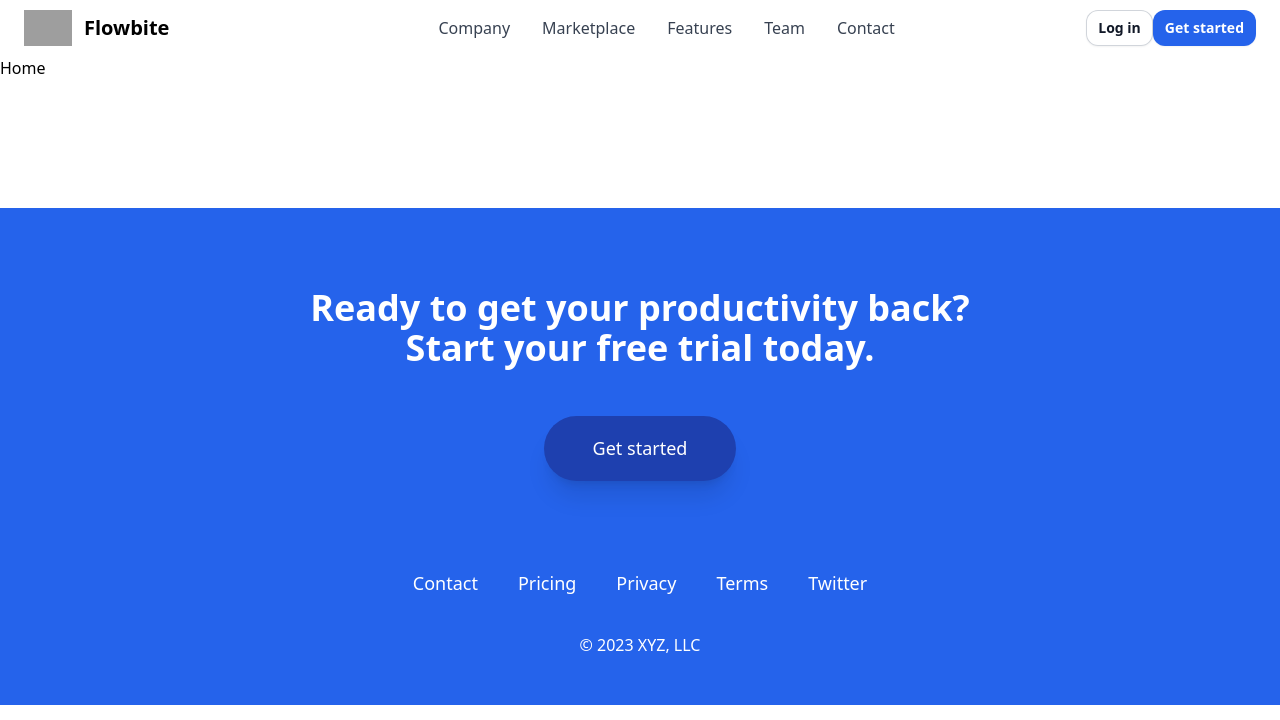
Repository: HzTung/quiz_laravel_vue
Page: / (app in Frontend/)
An editor plug-in stored every save of this project. The page is shown before and after the next save, followed by the edit.
The browser window is 1280 px wide. The pictures show the whole page.
Pictures or frames that could not be fetched are drawn as grey boxes. The project was rebuilt for these pictures with package versions that can differ from the ones it lists, and the page was loaded fresh each time. Also part of the build but not shown: Frontend/vite.config.js, Frontend/src/views/Login.vue, Frontend/src/views/SignUp.vue.

Above is the page before, as saved 2024-08-09 13:22:06.

### Frontend/src/main.js
import { createApp } from "vue";
import "tailwindcss/tailwind.css";
import "./style.css";
import router from "./router";
import App from "./App.vue";

createApp(App).use(router).mount("#app");

### Frontend/src/router/index.js
import { createRouter, createWebHistory } from "vue-router";
import Login from "../views/Login.vue";
import SignUp from "../views/SignUp.vue";
import client from "../layout/client.vue";
import Home from "../views/Home.vue";

const routes = [
    {
        path: "/",
        name: "home",
        component: client,
        children: [
            {
                path: "/",
                name: "index",
                component: Home,
            },
            {
                path: "login",
                name: "login",
                component: Login,
            },
            {
                path: "signup",
                name: "signup",
                component: SignUp,
            },
        ],
    },
];
const router = createRouter({
    history: createWebHistory(),
    routes,
});

export default router;

### Frontend/src/App.vue
<script setup></script>

<template><router-view></router-view></template>

<style scoped></style>

### Frontend/src/layout/client.vue
<template>
    <HeaderView></HeaderView>
    <router-view></router-view>
    <FooterView></FooterView>
</template>

<script setup>
import HeaderView from "../components/HeaderView.vue";
import FooterView from "../components/FooterView.vue";
</script>

### Frontend/src/components/HeaderView.vue
<template>
    <header>
        <nav
            class="bg-white border-gray-200 px-4 lg:px-6 py-2.5 dark:bg-gray-800"
        >
            <div
                class="flex flex-wrap justify-between items-center mx-auto max-w-screen-xl"
            >
                <a href="https://flowbite.com" class="flex items-center">
                    <img
                        src="https://flowbite.com/docs/images/logo.svg"
                        class="mr-3 h-6 sm:h-9"
                        alt="Flowbite Logo"
                    />
                    <span
                        class="self-center text-xl font-semibold whitespace-nowrap dark:text-white"
                        >Flowbite</span
                    >
                </a>
                <div class="flex items-center lg:order-2">
                    <a
                        href="#"
                        class="hidden items-center justify-center rounded-xl bg-white px-3 py-2 text-sm font-semibold text-gray-900 shadow-sm ring-1 ring-inset ring-gray-300 transition-all duration-150 hover:bg-gray-50 sm:inline-flex"
                        >Log in</a
                    >
                    <a
                        href="#"
                        class="inline-flex items-center justify-center rounded-xl bg-blue-600 px-3 py-2 text-sm font-semibold text-white shadow-sm transition-all duration-150 hover:bg-blue-500 focus-visible:outline focus-visible:outline-2 focus-visible:outline-offset-2 focus-visible:outline-blue-600"
                        >Get started</a
                    >
                    <button
                        data-collapse-toggle="mobile-menu-2"
                        type="button"
                        class="inline-flex items-center p-2 ml-1 text-sm text-gray-500 rounded-lg lg:hidden hover:bg-gray-100 focus:outline-none focus:ring-2 focus:ring-gray-200 dark:text-gray-400 dark:hover:bg-gray-700 dark:focus:ring-gray-600"
                        aria-controls="mobile-menu-2"
                        aria-expanded="false"
                    >
                        <span class="sr-only">Open main menu</span>
                        <svg
                            class="w-6 h-6"
                            fill="currentColor"
                            viewBox="0 0 20 20"
                            xmlns="http://www.w3.org/2000/svg"
                        >
                            <path
                                fill-rule="evenodd"
                                d="M3 5a1 1 0 011-1h12a1 1 0 110 2H4a1 1 0 01-1-1zM3 10a1 1 0 011-1h12a1 1 0 110 2H4a1 1 0 01-1-1zM3 15a1 1 0 011-1h12a1 1 0 110 2H4a1 1 0 01-1-1z"
                                clip-rule="evenodd"
                            ></path>
                        </svg>
                        <svg
                            class="hidden w-6 h-6"
                            fill="currentColor"
                            viewBox="0 0 20 20"
                            xmlns="http://www.w3.org/2000/svg"
                        >
                            <path
                                fill-rule="evenodd"
                                d="M4.293 4.293a1 1 0 011.414 0L10 8.586l4.293-4.293a1 1 0 111.414 1.414L11.414 10l4.293 4.293a1 1 0 01-1.414 1.414L10 11.414l-4.293 4.293a1 1 0 01-1.414-1.414L8.586 10 4.293 5.707a1 1 0 010-1.414z"
                                clip-rule="evenodd"
                            ></path>
                        </svg>
                    </button>
                </div>
                <div
                    class="hidden justify-between items-center w-full lg:flex lg:w-auto lg:order-1"
                    id="mobile-menu-2"
                >
                    <ul
                        class="flex flex-col mt-4 font-medium lg:flex-row lg:space-x-8 lg:mt-0"
                    >
                        <li>
                            <a
                                href="#"
                                class="block py-2 pr-4 pl-3 text-white rounded bg-primary-700 lg:bg-transparent lg:text-primary-700 lg:p-0 dark:text-white"
                                aria-current="page"
                                >Home</a
                            >
                        </li>
                        <li>
                            <a
                                href="#"
                                class="block py-2 pr-4 pl-3 text-gray-700 border-b border-gray-100 hover:bg-gray-50 lg:hover:bg-transparent lg:border-0 lg:hover:text-primary-700 lg:p-0 dark:text-gray-400 lg:dark:hover:text-white dark:hover:bg-gray-700 dark:hover:text-white lg:dark:hover:bg-transparent dark:border-gray-700"
                                >Company</a
                            >
                        </li>
                        <li>
                            <a
                                href="#"
                                class="block py-2 pr-4 pl-3 text-gray-700 border-b border-gray-100 hover:bg-gray-50 lg:hover:bg-transparent lg:border-0 lg:hover:text-primary-700 lg:p-0 dark:text-gray-400 lg:dark:hover:text-white dark:hover:bg-gray-700 dark:hover:text-white lg:dark:hover:bg-transparent dark:border-gray-700"
                                >Marketplace</a
                            >
                        </li>
                        <li>
                            <a
                                href="#"
                                class="block py-2 pr-4 pl-3 text-gray-700 border-b border-gray-100 hover:bg-gray-50 lg:hover:bg-transparent lg:border-0 lg:hover:text-primary-700 lg:p-0 dark:text-gray-400 lg:dark:hover:text-white dark:hover:bg-gray-700 dark:hover:text-white lg:dark:hover:bg-transparent dark:border-gray-700"
                                >Features</a
                            >
                        </li>
                        <li>
                            <a
                                href="#"
                                class="block py-2 pr-4 pl-3 text-gray-700 border-b border-gray-100 hover:bg-gray-50 lg:hover:bg-transparent lg:border-0 lg:hover:text-primary-700 lg:p-0 dark:text-gray-400 lg:dark:hover:text-white dark:hover:bg-gray-700 dark:hover:text-white lg:dark:hover:bg-transparent dark:border-gray-700"
                                >Team</a
                            >
                        </li>
                        <li>
                            <a
                                href="#"
                                class="block py-2 pr-4 pl-3 text-gray-700 border-b border-gray-100 hover:bg-gray-50 lg:hover:bg-transparent lg:border-0 lg:hover:text-primary-700 lg:p-0 dark:text-gray-400 lg:dark:hover:text-white dark:hover:bg-gray-700 dark:hover:text-white lg:dark:hover:bg-transparent dark:border-gray-700"
                                >Contact</a
                            >
                        </li>
                    </ul>
                </div>
            </div>
        </nav>
    </header>
</template>

### Frontend/src/components/FooterView.vue
<template>
    <footer
        class="mt-20 xl:mt-32 mx-auto w-full relative text-center bg-blue-600 text-white"
    >
        <div class="px-6 py-8 md:py-14 xl:pt-20 xl:pb-12">
            <h2 class="font-bold text-3xl xl:text-4xl leading-snug">
                Ready to get your productivity back?<br />Start your free trial
                today.
            </h2>
            <a
                class="mt-8 xl:mt-12 px-12 py-5 text-lg font-medium leading-tight inline-block bg-blue-800 rounded-full shadow-xl border border-transparent hover:bg-sky-700 focus:outline-none focus:ring-2 focus:ring-offset-2 focus:ring-offset-sky-999 focus:ring-sky-500"
                href="#"
                >Get started</a
            >
            <div class="mt-14 xl:mt-20">
                <nav class="flex flex-wrap justify-center text-lg font-medium">
                    <div class="px-5 py-2"><a href="#">Contact</a></div>
                    <div class="px-5 py-2"><a href="#">Pricing</a></div>
                    <div class="px-5 py-2"><a href="#">Privacy</a></div>
                    <div class="px-5 py-2"><a href="#">Terms</a></div>
                    <div class="px-5 py-2"><a href="#">Twitter</a></div>
                </nav>
                <p class="mt-7 text-base">© 2023 XYZ, LLC</p>
            </div>
        </div>
    </footer>
</template>

Loaded but not shown: Frontend/index.html (common file); Frontend/src/style.css (common file); Frontend/src/views/Home.vue (common file); Frontend/tailwind.config.js (common file)

After the next save:
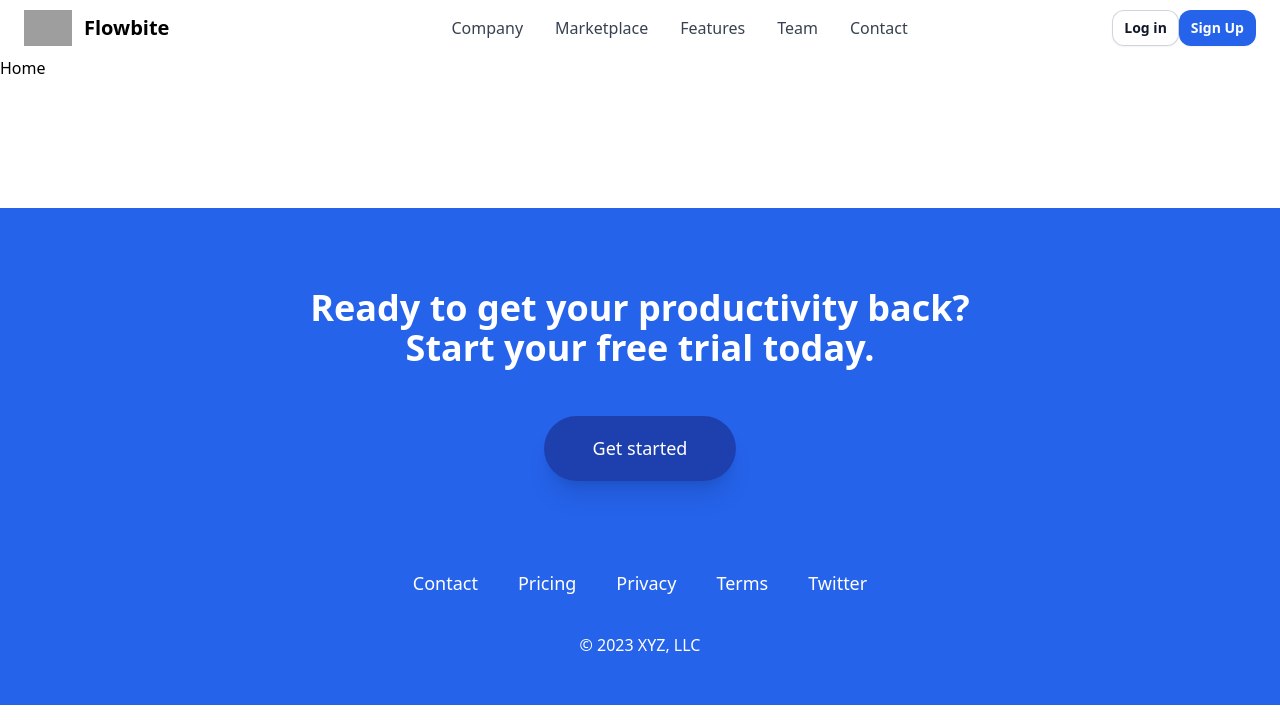
Saved 42 s later.
--- a/Frontend/src/components/HeaderView.vue
+++ b/Frontend/src/components/HeaderView.vue
@@ -26,7 +26,7 @@
                     <a
                         href="#"
                         class="inline-flex items-center justify-center rounded-xl bg-blue-600 px-3 py-2 text-sm font-semibold text-white shadow-sm transition-all duration-150 hover:bg-blue-500 focus-visible:outline focus-visible:outline-2 focus-visible:outline-offset-2 focus-visible:outline-blue-600"
-                        >Get started</a
+                        >Sign Up</a
                     >
                     <button
                         data-collapse-toggle="mobile-menu-2"
